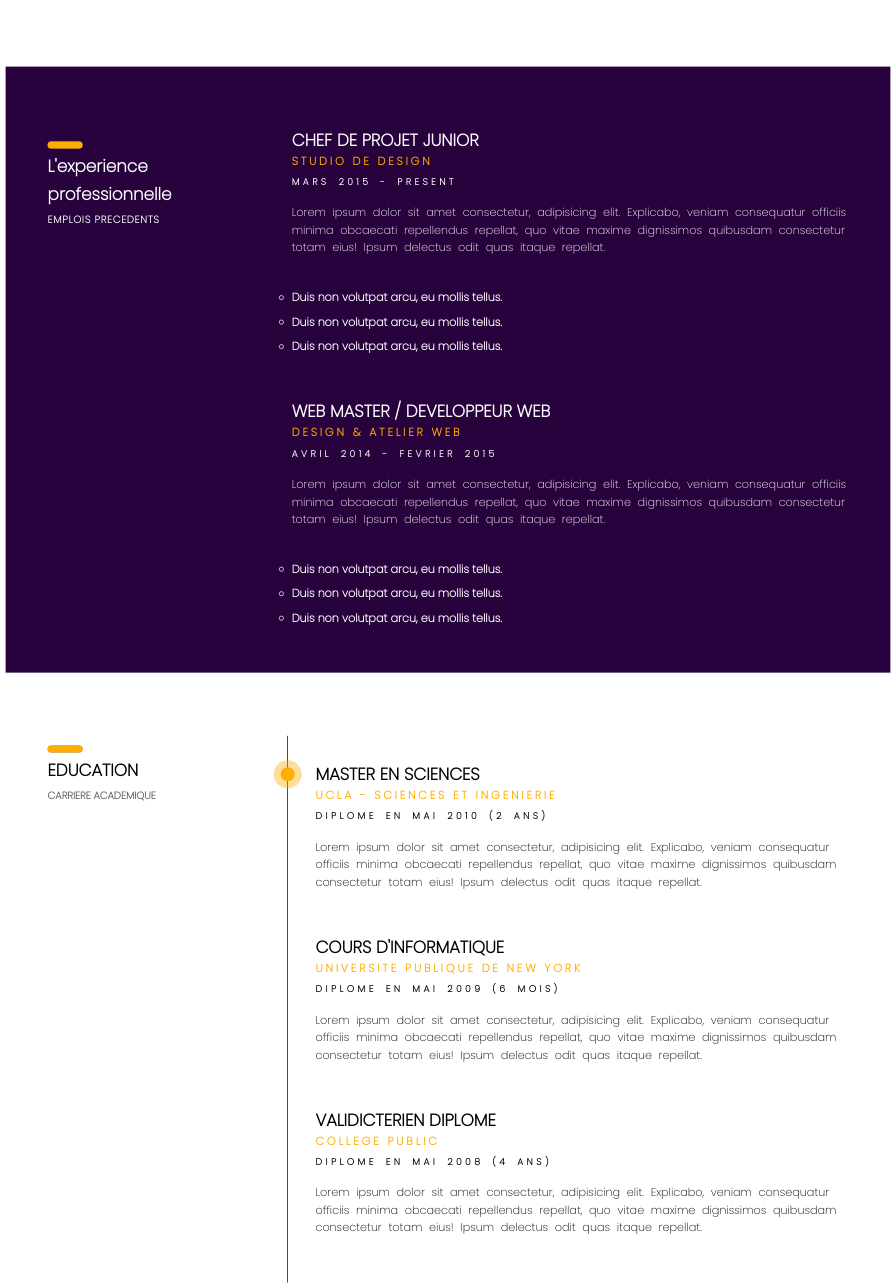
Repository: wadelfadill/CV_PORTFOLIO
Page: index.html
These files come from the project's save history. The page is drawn as it stood at one moment and after the next save; the edit follows.
The browser window is 1280 px wide. The pictures show the part of the page from y = 3233 to 5153 px (the page is 5073 px tall before and 5153 px after), at 70% of full size.
Some icons come from a web library that is not loaded, so they are not drawn. Backgrounds fixed to the window are drawn as part of the page.

Above is the page before, as saved 2023-03-16 13:15:41.

### index.html
<!DOCTYPE html>
<html lang="fr">
<head>
    <meta charset="UTF-8">
    <meta http-equiv="X-UA-Compatible" content="IE=edge">
    <meta name="viewport" content="width=device-width, initial-scale=1.0">
    <title>CV - Portfolio</title>
    <link rel="stylesheet" href="style.css">
    <link rel="stylesheet" href="path/to/font-awesome/css/font-awesome.min.css">
    <link href="/fontawesome/css/all.css" rel="stylesheet">
    <link href="/fontawesome/css/fontawesome.css" rel="stylesheet">
    <link href="/fontawesome/css/brands.css" rel="stylesheet">
    <link href="/fontawesome/css/solid.css" rel="stylesheet">
    <link rel="stylesheet" href="/fontawesome/css/regular.css">
    <link rel="preconnect" href="https://fonts.googleapis.com">
    <link rel="stylesheet" href="/fontawesome/css/all.min.css">
    <link rel='stylesheet' href='https://cdn-uicons.flaticon.com/uicons-brands/css/uicons-brands.css'>
    <link rel="stylesheet" href="https://cdn-uicons.flaticon.com/uicons-regular-straight/css/uicons-regular-straight.css">
<link rel="preconnect" href="https://fonts.gstatic.com" crossorigin>
<link href="https://fonts.googleapis.com/css2?family=Manrope&family=Montserrat&family=Poppins:wght@200&family=Roboto&display=swap" rel="stylesheet">
</head>
<body>
    <header>
        <div class="head">
            <div class="address">
                <div class="add-1">
                    <div class="add-icone"><i class="fi fi-rs-marker"></i></div>
                    <div class="add-text">3008, promenade Sarah <br> Franklin, LA 70538</div>
                </div>
                <div class="add-1">
                    <div class="add-icone"><i class="fi fi-rs-phone-call"></i></div>
                    <div class="add-text">337-4139538 <br> MIN - VEN, 8 AM - 19 PM</div>
                </div>
                <div class="add-1">
                    <div class="add-icone"><i class="fi fi-rs-messages"></i></div>
                    <div class="add-text">contact@gmail.com <br>REPONSE EN 24 HEURES</div>
                </div>
            </div>
            <div class="download">
                <a href="#" class="button">Telecharger CV</a>
            </div>
        </div>
        <div class="head_2">
           <div class="presentation">
            <div class="img">
                <img src="images/profile.jpg" alt="profile" class="profil">
                <h2>Michel SMith</h2>
                <h3 >Responsable d'Affaires</h3>
            </div>
            <div class="rest">
                <ul>
                    <li><b>NE :</b> 25 aout 1985</li>
                    <li class="courriel"><b>COURRIEL :</b> mymith@mywebpage.com</li>
                    <li><b>ETAT CIVIL :</b> Marie</li>
                </ul>
            </div>
            <div class="social">
                <ul class="social-reseau">
                    <li><a href=""><i class="fi fi-brands-pinterest"></i></a></li>
                    <li><a href=""><i class="fi fi-brands-linkedin"></i></a></li>
                    <li><a href=""><i class="fi fi-brands-instagram"></i></a></li>
                    <li><a href=""><i class="fi fi-brands-facebook"></i></a></li>
                    <li><a href=""><i class="fi fi-brands-twitter"></i></a></li>
                </ul>
            </div>

           </div>
        </div>
    </header>
    <main>
        <div class="portfolio">
            <div class="head-portfolio">
                <div class="title-portfolio">
                    <progress value="100" max="100" class="progress"></progress>
                    <h2>Portfolio</h2>
                    <h5>MON TRAVAIL</h5>
                </div>
                <div class="album-link" id="grid">
                    <a href="#grid"><b>TOUT</b></a>
                    <a href="#grid" class="web-link"><b>CREATION DE SITES WEB</b></a>
                    <a href="#grid"><b>L'IMAGE DE MARQUE</b></a>
                    <a href="#grid"><b>CONCEPTION GRAPHIQUE</b></a>
                </div>
            </div>
            <div class="grid">
                <div class="elem one web"><a href="images/portfolio_1.jpg"><img src="images/portfolio_1.jpg" alt=""></a></div>
                <div class="elem two"><a href="images/portfolio_2.jpg"> <img src="images/portfolio_2.jpg" alt=""></a></div>
                <div class="elem three web"><a href="images/portfolio_3.jpg"><img src="images/portfolio_3.jpg" alt=""></a></div>
                <div class="elem four">
                    <div class="four-1">
                        <a href="images/portfolio_4_1.jpg"><img src="images/portfolio_4_1.jpg" alt=""></a>
                    </div>
                    <div class="four-2">
                        <a href="images/portfolio_4_2.jpg"><img src="images/portfolio_4_2.jpg" alt=""></a>
                    </div>
                </div>
                <div class="elem five"><a href="images/portfolio_5.jpg"><img src="images/portfolio_5.jpg" alt=""></a></div>
                <div class="elem six"><a href="images/portfolio_6.jpg"><img src="images/portfolio_6.jpg" alt=""></a></div>
                <div class="elem seven web"><a href="images/portfolio_7.jpg"><img src="images/portfolio_7.jpg" alt=""></a></div>
                <div class="elem eight web"><a href="images/portfolio_8.jpg"><img src="images/portfolio_8.jpg" alt=""></a></div>
                <div class="elem nine">
                    <div class="nine-1">
                        <a href="images/portfolio_9_1.jpg"><img src="images/portfolio_9_1.jpg" alt=""></a>
                    </div>
                    <div class="nine-2">
                        <a href="images/portfolio_9_2.jpg"><img src="images/portfolio_9_2.jpg" alt=""></a>
                    </div>
                </div>
            </div>
        </div>
        <div class="parcou-pro">
            <div class="head-parcou-pro">
                <div class="title-parcou-pro">
                    <progress value="100" max="100" class="progress"></progress>
                    <h2>Sur moi</h2>
                    <h5>PARCOURS PROFESSIONNEL</h5>
                </div>
                <div class="parcou-pro-content">
                    <p>
                        Lorem ipsum dolor sit amet consectetur
                        adipisicing elit. Dolor iste consequatur
                        fugiat voluptatibus, eius, ipsa nihil
                        repudiandae unde nam hic, animi sed dicta
                        tempora temporibus sapiente culpa suscipit.
                        Amet, unde?
                        Lorem ipsum dolor sit amet consectetur adipisicing elit.
                        Eum, aut nobis sit quidem harum illo nesciunt rem?
                         Deserunt autem repudiandae numquam sunt obcaecati
                         a odio totam animi, corporis, omnis non?
                        Dignissimos ipsum provident velit, soluta obcaecati esse qui?
                         Iste fugit aliquam unde omnis mollitia molestiae ducimus.
                         Pariatur ut a alias porro eaque.
                    </p>
                </div>
            </div>
            <div class="competence-level">
                <div class="circle circle-1">
                    <svg>
                        <circle cx="95px" cy="86px" r="59px" fill="none"></circle>
                    </svg>
                    <div class="code">
                        <h1>97%</h1>
                        <p>HTML et CSS</p>
                    </div>
                </div>
                <div class="circle circle-2">
                    <svg>
                        <circle cx="95px" cy="86px" r="59px" fill="none"></circle>
                    </svg>
                    <div class="code">
                        <h1>78%</h1>
                        <p>JAVA</p>
                    </div>
                </div>
                <div class="circle circle-3">
                    <svg>
                        <circle cx="95px" cy="86px" r="59px" fill="none"></circle>
                    </svg>
                    <div class="code">
                        <h1>67%</h1>
                        <p>WEB DESIGN</p>
                    </div>
                </div>
                <div class="circle circle-4">
                    <svg>
                        <circle cx="95px" cy="86px" r="59px" fill="none"></circle>
                    </svg>
                    <div class="code">
                        <h1>97%</h1>
                        <p>PHP</p>
                    </div>
                </div>
            </div>
        </div>
        <div class="exp-pro">
            <div class="head-exp-pro">
                <div class="title-exp-pro">
                    <progress value="100" max="100" class="progress"></progress>
                    <h2>L'experience <br> professionnelle</h2>
                    <h5>EMPLOIS PRECEDENTS</h5>
                </div>
                <div class="exp-pro-content">
                    <div class="exp-1">
                        <h2>CHEF DE PROJET JUNIOR</h2>
                        <h4>STUDIO DE DESIGN</h4>
                        <h5>MARS 2015 - PRESENT</h5>
                        <P>Lorem ipsum dolor sit amet consectetur, adipisicing elit.
                             Explicabo, veniam consequatur officiis minima obcaecati
                             repellendus repellat, quo vitae maxime dignissimos quibusdam
                              consectetur totam eius! Ipsum delectus odit quas itaque repellat.
                        </P>
                        <ul>
                            <li>Duis non volutpat arcu, eu mollis tellus.</li>
                            <li>Duis non volutpat arcu, eu mollis tellus.</li>
                            <li>Duis non volutpat arcu, eu mollis tellus.</li>
                        </ul>
                    </div>
                    <div class="exp-1">
                        <h2>WEB MASTER / DEVELOPPEUR WEB</h2>
                        <h4>DESIGN & ATELIER WEB</h4>
                        <h5>AVRIL 2014 - FEVRIER 2015</h5>
                        <P>Lorem ipsum dolor sit amet consectetur, adipisicing elit.
                             Explicabo, veniam consequatur officiis minima obcaecati
                             repellendus repellat, quo vitae maxime dignissimos quibusdam
                              consectetur totam eius! Ipsum delectus odit quas itaque repellat.
                        </P>
                        <ul>
                            <li>Duis non volutpat arcu, eu mollis tellus.</li>
                            <li>Duis non volutpat arcu, eu mollis tellus.</li>
                            <li>Duis non volutpat arcu, eu mollis tellus.</li>
                        </ul>
                    </div>
                    <div>

                    </div>
                </div>
            </div>
        </div>
        <div class="education">
            <div class="head-education">
                <div class="title-education">
                    <progress value="100" max="100" class="progress"></progress>
                    <h2>EDUCATION</h2>
                    <h5>CARRIERE ACADEMIQUE</h5>
                </div>
                <div class="education-content">
                    <div class="edu-1">
                        <div class="disc"></div><div class="disc2"></div><h2>MASTER EN SCIENCES</h2>
                        <h4>UCLA - SCIENCES ET INGENIERIE</h4>
                        <h5>DIPLOME EN MAI 2010 (2 ANS)</h5>
                        <P>Lorem ipsum dolor sit amet consectetur, adipisicing elit.
                             Explicabo, veniam consequatur officiis minima obcaecati
                             repellendus repellat, quo vitae maxime dignissimos quibusdam
                              consectetur totam eius! Ipsum delectus odit quas itaque repellat.
                        </P>
                    </div>
                    <div class="edu-1">
                        <h2>COURS D'INFORMATIQUE</h2>
                        <h4>UNIVERSITE PUBLIQUE DE NEW YORK</h4>
                        <h5>DIPLOME EN MAI 2009 (6 MOIS)</h5>
                        <P>Lorem ipsum dolor sit amet consectetur, adipisicing elit.
                             Explicabo, veniam consequatur officiis minima obcaecati
                             repellendus repellat, quo vitae maxime dignissimos quibusdam
                              consectetur totam eius! Ipsum delectus odit quas itaque repellat.
                        </P>

                    </div>
                    <div class="edu-1">
                        <h2>VALIDICTERIEN DIPLOME</h2>
                        <h4>COLLEGE PUBLIC</h4>
                        <h5>DIPLOME EN MAI 2008 (4 ANS)</h5>
                        <P>Lorem ipsum dolor sit amet consectetur, adipisicing elit.
                             Explicabo, veniam consequatur officiis minima obcaecati
                             repellendus repellat, quo vitae maxime dignissimos quibusdam
                              consectetur totam eius! Ipsum delectus odit quas itaque repellat.
                        </P>
                    </div>
                    <div>

                    </div>
                </div>
            </div>
        </div>
    </main>
    <footer>
    </footer>
</body>
</html>

Loaded but not shown: fontawesome/css/all.css (library); fontawesome/css/fontawesome.css (library); fontawesome/css/solid.css (common file); fontawesome/css/regular.css (common file); fontawesome/css/all.min.css (library); fontawesome/css/brands.css (1522 lines, source omitted); style.css (580 lines, source omitted)

After the next save:
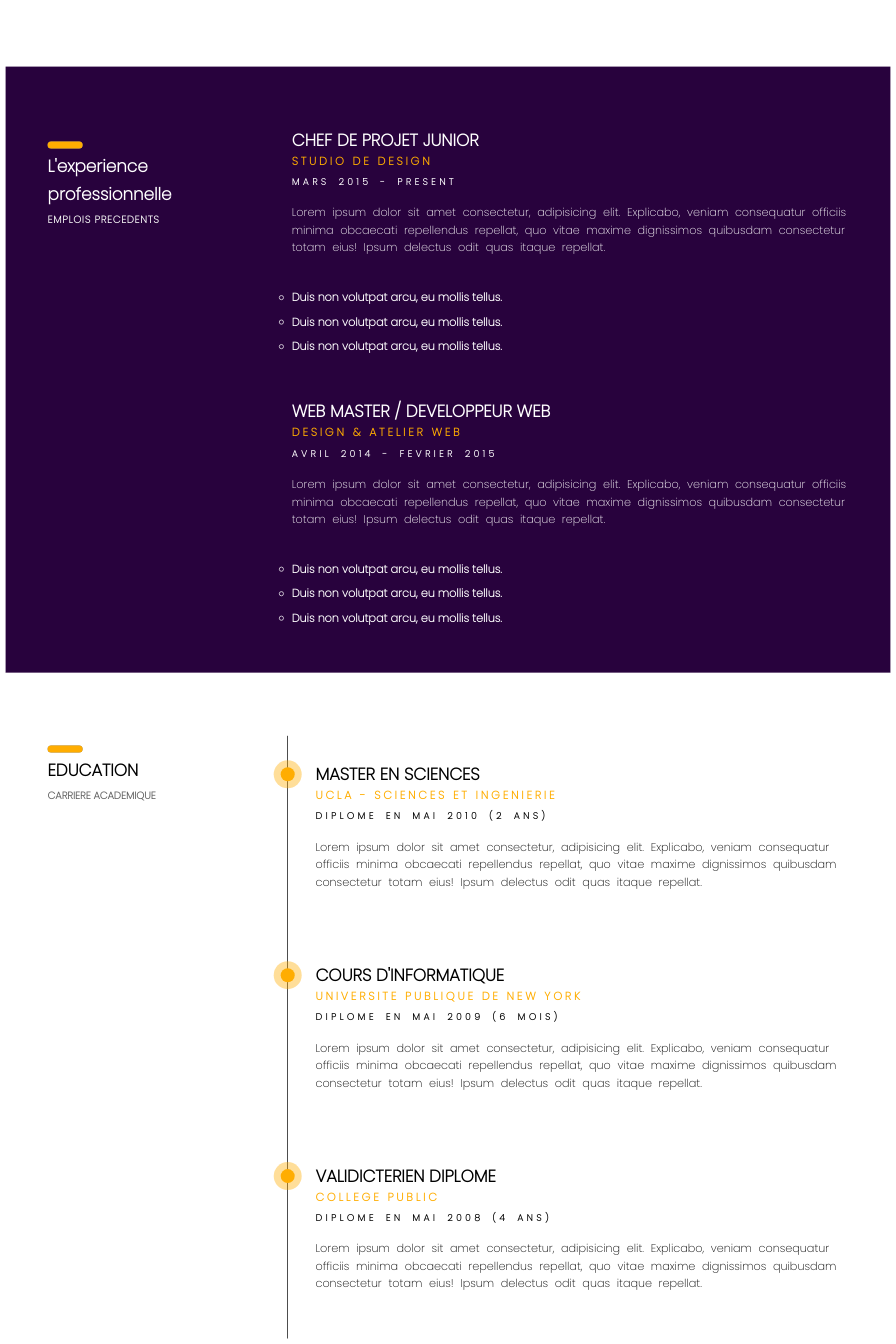
Saved 74 s later.
--- a/index.html
+++ b/index.html
@@ -235,7 +235,7 @@
                         </P>
                     </div>
                     <div class="edu-1">
-                        <h2>COURS D'INFORMATIQUE</h2>
+                        <div class="disc"></div><div class="disc2"></div><h2>COURS D'INFORMATIQUE</h2>
                         <h4>UNIVERSITE PUBLIQUE DE NEW YORK</h4>
                         <h5>DIPLOME EN MAI 2009 (6 MOIS)</h5>
                         <P>Lorem ipsum dolor sit amet consectetur, adipisicing elit.
@@ -246,7 +246,7 @@
 
                     </div>
                     <div class="edu-1">
-                        <h2>VALIDICTERIEN DIPLOME</h2>
+                        <div class="disc"></div><div class="disc2"></div><h2>VALIDICTERIEN DIPLOME</h2>
                         <h4>COLLEGE PUBLIC</h4>
                         <h5>DIPLOME EN MAI 2008 (4 ANS)</h5>
                         <P>Lorem ipsum dolor sit amet consectetur, adipisicing elit.
